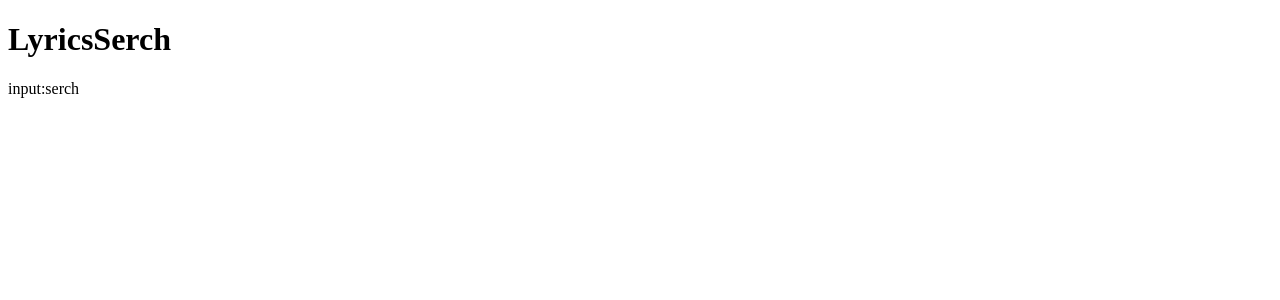
Repository: Pancerzaba/LyricsSearchApp
Page: index.html
The author's editor kept a copy of each file at every save. The page is drawn from the files as they stood at one save, then again after the next save.
The browser window is 1280 px wide. The pictures show the whole page.

Above is the page before, as saved 2020-09-12 14:48:56.

### index.html
<!DOCTYPE html>
<html lang="en">
<head>
    <meta charset="UTF-8">
    <meta name="viewport" content="width=device-width, initial-scale=1.0">
    <title>Lyrics Search</title>
</head>
<body>
    <heder>
        <h1>LyricsSerch</h1>

        <form  id="form">
            input:serch
        </form>
    </heder>
    <script src="script.js"></script>
</body>
</html>

Loaded but not shown: script.js (no stored copy; drawn as an empty file)

After the next save:
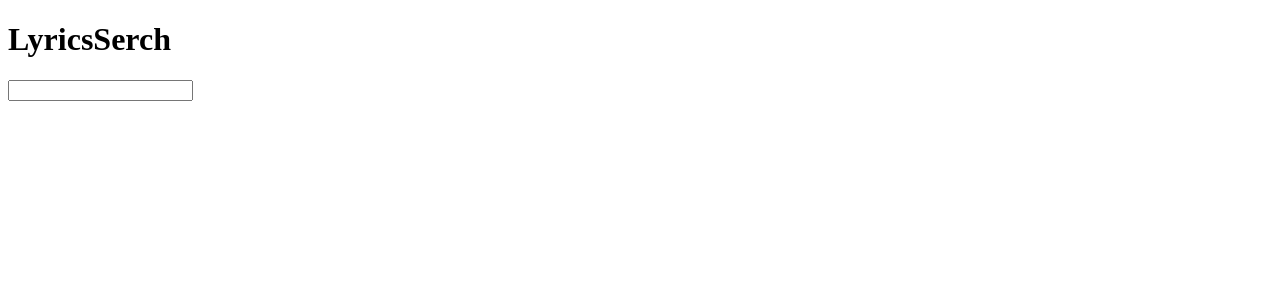
Saved 6 s later.
--- a/index.html
+++ b/index.html
@@ -10,7 +10,7 @@
         <h1>LyricsSerch</h1>
 
         <form  id="form">
-            input:serch
+            <input type="search" name="" id="">
         </form>
     </heder>
     <script src="script.js"></script>
